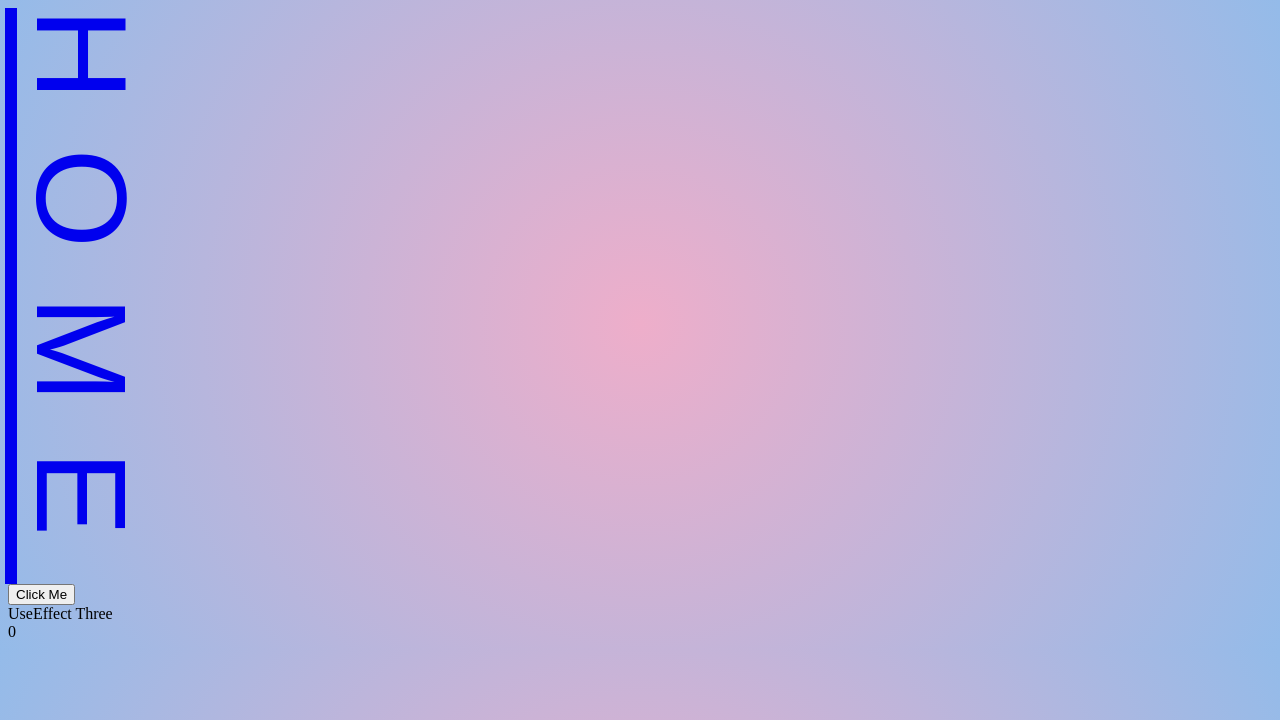
Repository: juliet-jskim/week-8-useEffect-carousel
Page: /useEffectThree
These files come from the project's save history. The page is drawn as it stood at one moment and after the next save; the edit follows.
The browser window is 1280 px wide. The pictures show the whole page.
The project was rebuilt for these pictures with package versions that can differ from the ones it lists, and the page was loaded fresh each time. The framework's server and built-in components were replaced by stand-ins that run in the browser. Also part of the build but not shown: next.config.js.

Above is the page before, as saved 2023-02-20 23:06:37.

### pages/useEffectThree.js
import { useEffect, useState } from "react"
import Link from "next/link";
import styles from "@/styles/UseEffectThree.module.css"


export default function UseEffectThree() {
    const [number, setNumber] = useState(0);

    const [value, setValue] = useState(-10);

    useEffect(()=> {
        setValue(value + 10)
    }, [number])

    return(
        <>
        <div className={styles.home_link}>
                <Link href="/">Home</Link>
        </div>

        <div>
            <button onClick={() => setNumber(number +1)}>Click Me</button>
        </div>
        <div>
            UseEffect Three
        </div>
        <div>
            {value}
        </div>
        </>
    )
}

### styles/globals.css
:root {
  /** add colors you want to add to all the pages here**/
  background: rgb(238,174,202);
  background: radial-gradient(circle, rgba(238,174,202,1) 0%, rgba(148,187,233,1) 100%);

}

### styles/UseEffectThree.module.css
.home_link{
    font-size: 8rem;
    text-transform: uppercase;
    font-family: Arial, Helvetica, sans-serif;
    writing-mode: vertical-lr;
    letter-spacing: 3rem;
}

Loaded but not shown: pages/_app.js (common file); pages/_document.js (common file)

After the next save:
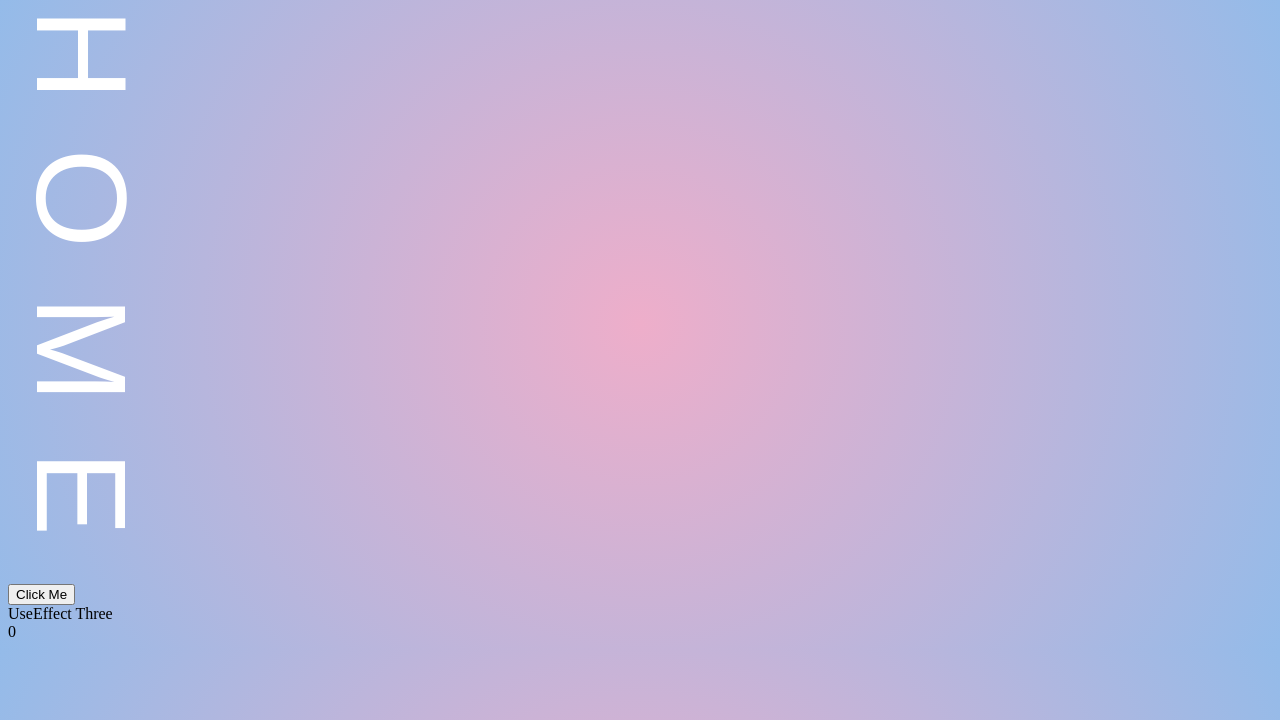
Saved 15 s later.
--- a/pages/useEffectThree.js
+++ b/pages/useEffectThree.js
@@ -15,7 +15,7 @@ export default function UseEffectThree() {
     return(
         <>
         <div className={styles.home_link}>
-                <Link href="/">Home</Link>
+                <Link  style={{ textDecoration: 'none',  color: 'white' }} href="/">Home</Link>
         </div>
 
         <div>
